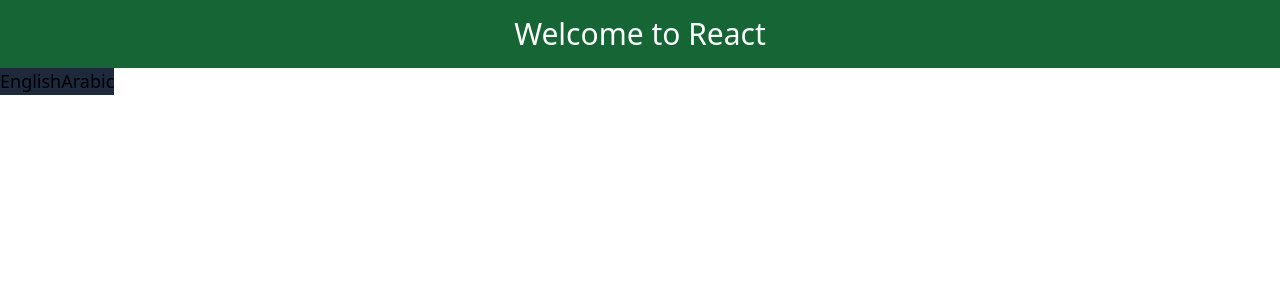
Repository: SaadYasin/react-internationalization
Page: /
These files come from the project's save history. The page is drawn as it stood at one moment and after a run of saves; the edit follows.
The browser window is 1280 px wide. The pictures show the whole page.
The project was rebuilt for these pictures with package versions that can differ from the ones it lists, and the page was loaded fresh each time. Also part of the build but not shown: vite.config.js.

Above is the page before, as saved 2024-07-18 21:32:31.

### index.html
<!doctype html>
<html lang="en">
  <head>
    <meta charset="UTF-8" />
    <link rel="icon" type="image/svg+xml" href="/vite.svg" />
    <meta name="viewport" content="width=device-width, initial-scale=1.0" />
    <title>Vite + React</title>

    <!-- FONTS -->
    <link rel="preconnect" href="https://fonts.googleapis.com">
    <link rel="preconnect" href="https://fonts.gstatic.com" crossorigin>
    <link
      href="https://fonts.googleapis.com/css2?family=Jost:ital,wght@0,100..900;1,100..900&family=Poppins:ital,wght@0,100;0,200;0,300;0,400;0,500;0,600;0,700;0,800;0,900;1,100;1,200;1,300;1,400;1,500;1,600;1,700;1,800;1,900&display=swap"
      rel="stylesheet">

  </head>
  <body>
    <div id="root"></div>
    <script type="module" src="/src/main.jsx"></script>
  </body>
</html>

### src/App.jsx
/* eslint-disable no-unused-vars */
import React from "react";
import i18next from '../src/utils/i18next';
import { useTranslation } from 'react-i18next'
function App() {
  const { t } = useTranslation();

  return (
    <>
      <div>
        <h2 className="text-3xl text-center text-white p-4 bg-green-800">{t("Welcome to React")}</h2>
        <button className="text-[18px] bg-slate-800 ">English</button>
        <button className="text-[18px] bg-slate-800 ">Arabic</button>

      </div>
    </>
  )
}

export default App;

### src/index.css
@import url('https://fonts.googleapis.com/css2?family=Jost:ital,wght@0,100..900;1,100..900&family=Poppins:ital,wght@0,100;0,200;0,300;0,400;0,500;0,600;0,700;0,800;0,900;1,100;1,200;1,300;1,400;1,500;1,600;1,700;1,800;1,900&display=swap');

@tailwind base;
@tailwind components;
@tailwind utilities;

### src/utils/i18next.js
import i18n from "i18next";
import { initReactI18next } from "react-i18next";

import languageDetector from "i18next-browser-languagedetector";
import HttpApi from "i18next-http-backend";

i18n
  .use(initReactI18next)
  .use(languageDetector)
  .use(HttpApi)
  .init({
    fallbackLng: "en",
    detection: {
      order: [
        "htmlTag",
        "cookie",
        "localStorage",
        "sessionStorage",
        "navigator",
        "path",
        "subdomain",
      ],
      caches: ["localStorage"],
    },
    backend: {
      loadPath: "/locale/{{lng}}/translation.json",
    },
  });

export default i18n;

### tailwind.config.js
/** @type {import('tailwindcss').Config} */
export default {
  content: ["./index.html", "./src/**/*.{js,ts,jsx,tsx}"],
  theme: {
    fontFamily: {
      primary: ["Poppins", "sans-serif"],
      secondary: ["Jost", "sans-serif"],
    },
    extend: {},
  },
  plugins: [],
};

Loaded but not shown: src/main.jsx (common file)

After the next 2 saves:
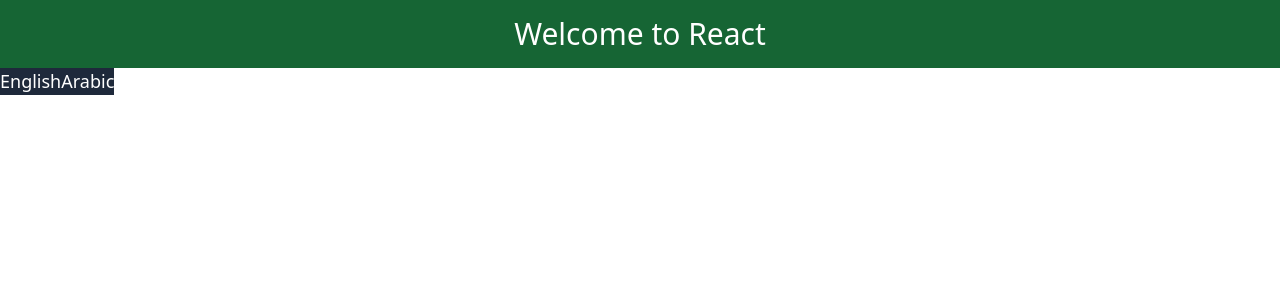
The 2 saves are shown as one change because they came seconds apart.
The last was saved 8 s later.
--- a/src/App.jsx
+++ b/src/App.jsx
@@ -9,8 +9,8 @@
     <>
       <div>
         <h2 className="text-3xl text-center text-white p-4 bg-green-800">{t("Welcome to React")}</h2>
-        <button className="text-[18px] bg-slate-800 ">English</button>
-        <button className="text-[18px] bg-slate-800 ">Arabic</button>
+        <button className="text-[18px] bg-slate-800 text-white ">English</button>
+        <button className="text-[18px] bg-slate-800 text-white ">Arabic</button>
 
       </div>
     </>
